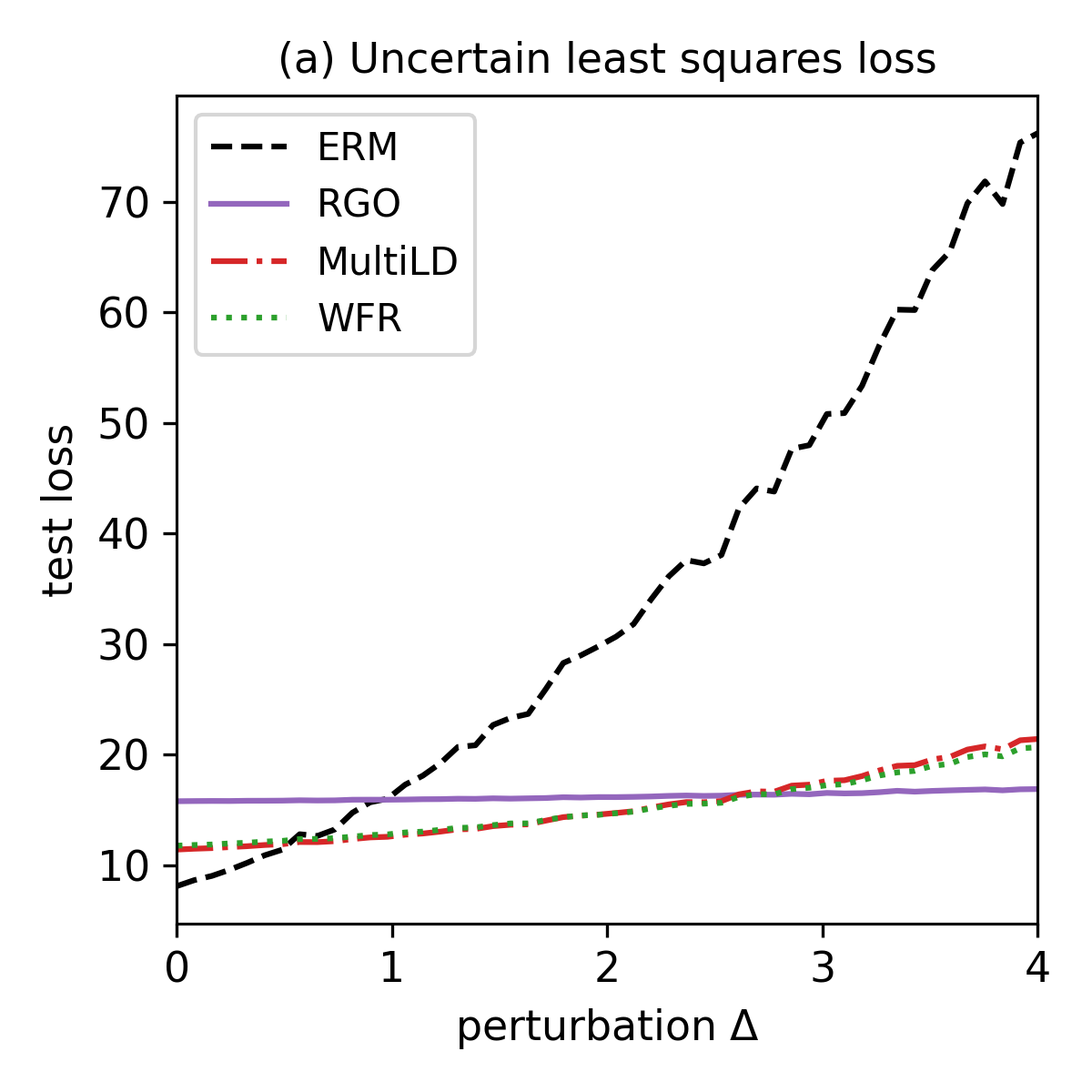
Repository: ZusenXu/GFS-DRO
Script's output: python uncertain_least_squares/uncertain_least_squares.py
The author's editor kept a copy of each file at every save. The script's output is drawn from the files as they stood at one save, then again after the next save.
The pictures are shown at 91% of full size.
Random numbers start from a fixed seed.

Above is the script's output before, as saved 2025-09-13 20:48:22.

### uncertain_least_squares/uncertain_least_squares.py
import numpy as np
import matplotlib.pyplot as plt
from scipy.optimize import minimize

# --- 1. 实验设置与参数定义 ---
# 定义问题的维度
DIM_M = 10  # 矩阵 A 的行数
DIM_N = 10  # 矩阵 A 的列数 (theta 的维度)

# 定义训练/测试样本数量
N_TRAIN_SAMPLES = 10
N_TEST_SAMPLES = 1000

# 定义分布偏移的扰动范围
DELTA_MIN = 0.0
DELTA_MAX = 4.0
DELTA_STEPS = 50

# --- DRO 算法超参数 ---
N_EPOCHS = 50 # 外部优化的迭代轮数
LEARNING_RATE = 0.01 # 外部优化 theta 的学习率
LAMBDA_VAL = 1.0 # 正则化参数 lambda
EPSILON = 0.1 # 熵正则化参数 epsilon
GRAD_CLIP_THRESHOLD = 10.0 # 梯度裁剪阈值，防止梯度爆炸

# RGO (算法2) 特定参数
RGO_SMOOTHNESS_L = 0.5 # 假设的损失函数平滑度 L (需满足 LAMBDA_VAL > L/2)

# MultiLD (算法3) 和 WFR (算法4) 特定参数
K_INNER_STEPS = 10  # 内部循环迭代次数 K
INNER_STEP_SIZE = 0.01 # 内部循环步长 eta

# WFR (算法4) 特定参数
M_PARTICLES = 5 # WFR 使用的粒子(样本)数量
WFR_WEIGHT_STEP_SIZE = 0.08 # WFR 权重更新步长 tau

# --- 2. 生成固定的问题实例 ---
np.random.seed(42)
A0 = np.random.randn(DIM_M, DIM_N)
A1 = np.random.randn(DIM_M, DIM_N)
b = np.random.randn(DIM_M)

# --- 3. 数据生成函数 ---
def generate_training_data(n_samples):
    return np.random.uniform(-0.5, 0.5, n_samples)

def generate_test_data(n_samples, delta):
    lower_bound = -0.5 * (1 + delta)
    upper_bound = 0.5 * (1 + delta)
    return np.random.uniform(lower_bound, upper_bound, n_samples)

# --- 4. 核心函数定义 ---
def loss_function(theta, z):
    """ 计算单个样本 z 的损失 f_theta(z) """
    A_z = A0 + z * A1
    residual = A_z @ theta - b
    return np.sum(residual**2)

def loss_grad_theta(theta, z):
    """ 计算损失函数关于 theta 的梯度 nabla_theta f_theta(z) """
    A_z = A0 + z * A1
    residual = A_z @ theta - b
    return 2 * A_z.T @ residual

# --- 5. ERM (经验风险最小化) 实现 ---
def erm_objective_function(theta, xi_samples):
    """ 计算 ERM 的目标函数值（平均损失）"""
    total_loss = np.mean([loss_function(theta, xi) for xi in xi_samples])
    return total_loss

def solve_erm(xi_train_samples):
    """ 使用优化器求解 ERM 问题 """
    initial_theta = np.zeros(DIM_N)
    result = minimize(
        erm_objective_function, initial_theta, args=(xi_train_samples,), method='BFGS')
    if not result.success:
        print("警告: ERM 优化过程可能未收敛。")
    return result.x

# --- 6. RGO (算法2) 实现 ---
def solve_rgo(xi_train_samples):
    """ 使用 RGO 算法求解 Sinkhorn DRO """
    theta = np.zeros(DIM_N)

    # f_{lambda, xi}(z) = -f_theta(z)/(lambda*epsilon) + ||z-xi||^2/epsilon
    def rgo_inner_objective(z, xi, current_theta):
        l = loss_function(current_theta, z)
        penalty = np.sum((z - xi)**2)
        return -l / (LAMBDA_VAL * EPSILON) + penalty / EPSILON

    for epoch in range(N_EPOCHS):
        grad_accumulator = np.zeros_like(theta)
        for xi in xi_train_samples:
            # Step 1: 找到 z*
            res = minimize(rgo_inner_objective, xi, args=(xi, theta), method='BFGS')
            z_star = res.x

            # Step 2: 拒绝采样
            accepted = False
            while not accepted:
                # 论文要求 lambda > L/2, 确保 2*lambda-L > 0
                variance = (LAMBDA_VAL * EPSILON) / (2 * LAMBDA_VAL - RGO_SMOOTHNESS_L)
                if variance <= 0:
                    print(f"警告: RGO中方差非正 ({variance})。请检查 RGO_SMOOTHNESS_L 和 LAMBDA_VAL。")
                    variance = 1e-6 # 设置一个小的正值以避免崩溃

                z_candidate = np.random.normal(z_star, np.sqrt(variance))

                f_val_candidate = rgo_inner_objective(z_candidate, xi, theta)
                f_val_star = rgo_inner_objective(z_star, xi, theta)

                # 计算接受概率
                log_accept_prob = -f_val_candidate + f_val_star - \
                                  ((np.sum((z_candidate - z_star)**2)) / (2*variance))

                if np.log(np.random.rand()) < log_accept_prob:
                    accepted_sample = z_candidate
                    accepted = True

            # 计算梯度并累加
            grad_accumulator += loss_grad_theta(theta, accepted_sample)

        # 更新 theta (应用梯度裁剪)
        avg_grad = grad_accumulator / len(xi_train_samples)
        grad_norm = np.linalg.norm(avg_grad)
        if grad_norm > GRAD_CLIP_THRESHOLD:
            avg_grad = avg_grad * GRAD_CLIP_THRESHOLD / grad_norm
        theta -= LEARNING_RATE * avg_grad

    return theta

# --- 7. Multi-Step Langevin Dynamics (算法3) 实现 ---
def solve_multi_ld(xi_train_samples):
    """ 使用 Multi-step Langevin Dynamics (MultiLD) 求解 Sinkhorn DRO """
    theta = np.zeros(DIM_N)

    # f_bar = f_theta(z) - lambda*||z-x||^2
    # grad_z f_bar = grad_z f_theta(z) - 2*lambda*(z-x)
    def f_bar_grad_z(z, xi, current_theta):
        # grad_z f_theta(z) = 2 * (A1*theta)^T * (A(z)*theta - b)
        A1_theta = A1 @ current_theta
        A_z_theta = (A0 + z * A1) @ current_theta
        grad_f = 2 * A1_theta.T @ (A_z_theta - b)
        return grad_f - 2 * LAMBDA_VAL * (z - xi)

    for _ in range(N_EPOCHS):
        grad_accumulator = np.zeros_like(theta)
        for xi in xi_train_samples:
            z_k = xi  # 初始化
            # 内部 K 步迭代
            for _ in range(K_INNER_STEPS):
                noise = np.random.normal(0, 1)
                grad = f_bar_grad_z(z_k, xi, theta)
                z_k += INNER_STEP_SIZE * grad + \
                       np.sqrt(2 * INNER_STEP_SIZE * LAMBDA_VAL * EPSILON) * noise

            # 使用生成的对抗样本计算梯度
            grad_accumulator += loss_grad_theta(theta, z_k)

        # 更新 theta (应用梯度裁剪)
        avg_grad = grad_accumulator / len(xi_train_samples)
        grad_norm = np.linalg.norm(avg_grad)
        if grad_norm > GRAD_CLIP_THRESHOLD:
            avg_grad = avg_grad * GRAD_CLIP_THRESHOLD / grad_norm
        theta -= LEARNING_RATE * avg_grad

    return theta

# --- 8. WFR Flow (算法4) 实现 ---
def solve_wfr(xi_train_samples):
    """ 使用 WFR Flow 求解 Sinkhorn DRO """
    theta = np.zeros(DIM_N)

    def f_bar(z, xi, current_theta):
         return loss_function(current_theta, z) - LAMBDA_VAL * np.sum((z-xi)**2)

    # f_bar 的梯度与 MultiLD 中相同
    def f_bar_grad_z(z, xi, current_theta):
        A1_theta = A1 @ current_theta
        A_z_theta = (A0 + z * A1) @ current_theta
        grad_f = 2 * A1_theta.T @ (A_z_theta - b)
        return grad_f - 2 * LAMBDA_VAL * (z - xi)

    for _ in range(N_EPOCHS):
        grad_accumulator = np.zeros_like(theta)
        for xi in xi_train_samples:
            # 初始化 m 个粒子和权重
            particles = np.full(M_PARTICLES, xi)
            weights = np.full(M_PARTICLES, 1.0 / M_PARTICLES)

            # 内部 K 步迭代
            for _ in range(K_INNER_STEPS):
                for i in range(M_PARTICLES):
                    # 更新粒子位置
                    noise = np.random.normal(0, 1)
                    grad = f_bar_grad_z(particles[i], xi, theta)
                    particles[i] += INNER_STEP_SIZE * grad + \
                                    np.sqrt(2 * INNER_STEP_SIZE * LAMBDA_VAL * EPSILON) * noise

                    # 更新权重
                    f_bar_val = f_bar(particles[i], xi, theta)
                    weights[i] = (weights[i]**(1 - LAMBDA_VAL * EPSILON * WFR_WEIGHT_STEP_SIZE)) * \
                                 np.exp(WFR_WEIGHT_STEP_SIZE * f_bar_val)

                # 归一化权重 (增加一个小的 epsilon 防止除以零)
                sum_weights = np.sum(weights)
                if sum_weights > 1e-8:
                    weights /= sum_weights
                else:
                    weights = np.full(M_PARTICLES, 1.0 / M_PARTICLES)

            # 使用加权梯度
            weighted_grad = np.sum([w * loss_grad_theta(theta, z) for w, z in zip(weights, particles)], axis=0)
            grad_accumulator += weighted_grad

        # 更新 theta (应用梯度裁剪)
        avg_grad = grad_accumulator / len(xi_train_samples)
        grad_norm = np.linalg.norm(avg_grad)
        if grad_norm > GRAD_CLIP_THRESHOLD:
            avg_grad = avg_grad * GRAD_CLIP_THRESHOLD / grad_norm
        theta -= LEARNING_RATE * avg_grad

    return theta

# --- 9. 实验执行与评估 ---
def run_experiment():
    """ 执行完整的实验流程 """
    xi_train = generate_training_data(N_TRAIN_SAMPLES)

    print("正在求解 ERM 模型...")
    theta_erm = solve_erm(xi_train)
    print("正在求解 RGO 模型...")
    theta_rgo = solve_rgo(xi_train)
    print("正在求解 MultiLD 模型...")
    theta_multi_ld = solve_multi_ld(xi_train)
    print("正在求解 WFR 模型...")
    theta_wfr = solve_wfr(xi_train)
    print("所有模型求解完成。")

    delta_values = np.linspace(DELTA_MIN, DELTA_MAX, DELTA_STEPS)
    results = {'ERM': [], 'RGO': [], 'MultiLD': [], 'WFR': []}
    models = {'ERM': theta_erm, 'RGO': theta_rgo, 'MultiLD': theta_multi_ld, 'WFR': theta_wfr}

    print("正在评估所有模型...")
    for delta in delta_values:
        xi_test = generate_test_data(N_TEST_SAMPLES, delta)
        for name, theta in models.items():
            test_loss = erm_objective_function(theta, xi_test)
            results[name].append(test_loss)

    print("评估完成。")
    return delta_values, results

# --- 10. 结果可视化 ---
def plot_results(delta_values, results):
    """ 绘制所有模型损失随扰动 delta 变化的曲线 """
    fig, ax = plt.subplots(figsize=(4, 4), dpi=300)

    styles = {
        'ERM': {'color': 'k', 'linestyle': '--', 'label': 'ERM'},
        'RGO': {'color': '#9467bd', 'linestyle': '-', 'label': 'RGO'}, # purple
        'MultiLD': {'color': '#d62728', 'linestyle': '-.', 'label': 'MultiLD'}, # red
        'WFR': {'color': '#2ca02c', 'linestyle': ':', 'label': 'WFR'}, # green
    }

    for name, losses in results.items():
        ax.plot(delta_values, losses, linewidth=1.5, **styles[name])

    ax.set_title('(a) Uncertain least squares loss', fontsize=11)
    ax.set_xlabel('perturbation $\Delta$', fontsize=11)
    ax.set_ylabel('test loss', fontsize=11)
    ax.tick_params(axis='both', which='major', labelsize=11)
    for spine in ax.spines.values():
        spine.set_linewidth(0.75)
    ax.set_xlim(0, 4)
    ax.grid(False)
    ax.legend(fontsize=10)
    plt.tight_layout()
    plt.savefig('uncertain_least_squares_results.png', dpi=300)
    plt.show()

# --- 主程序入口 ---
if __name__ == '__main__':
    # 捕获并忽略浮点数警告，因为梯度裁剪会处理这些问题
    with np.errstate(all='ignore'):
        delta_vals, all_results = run_experiment()
        plot_results(delta_vals, all_results)

After the next save:
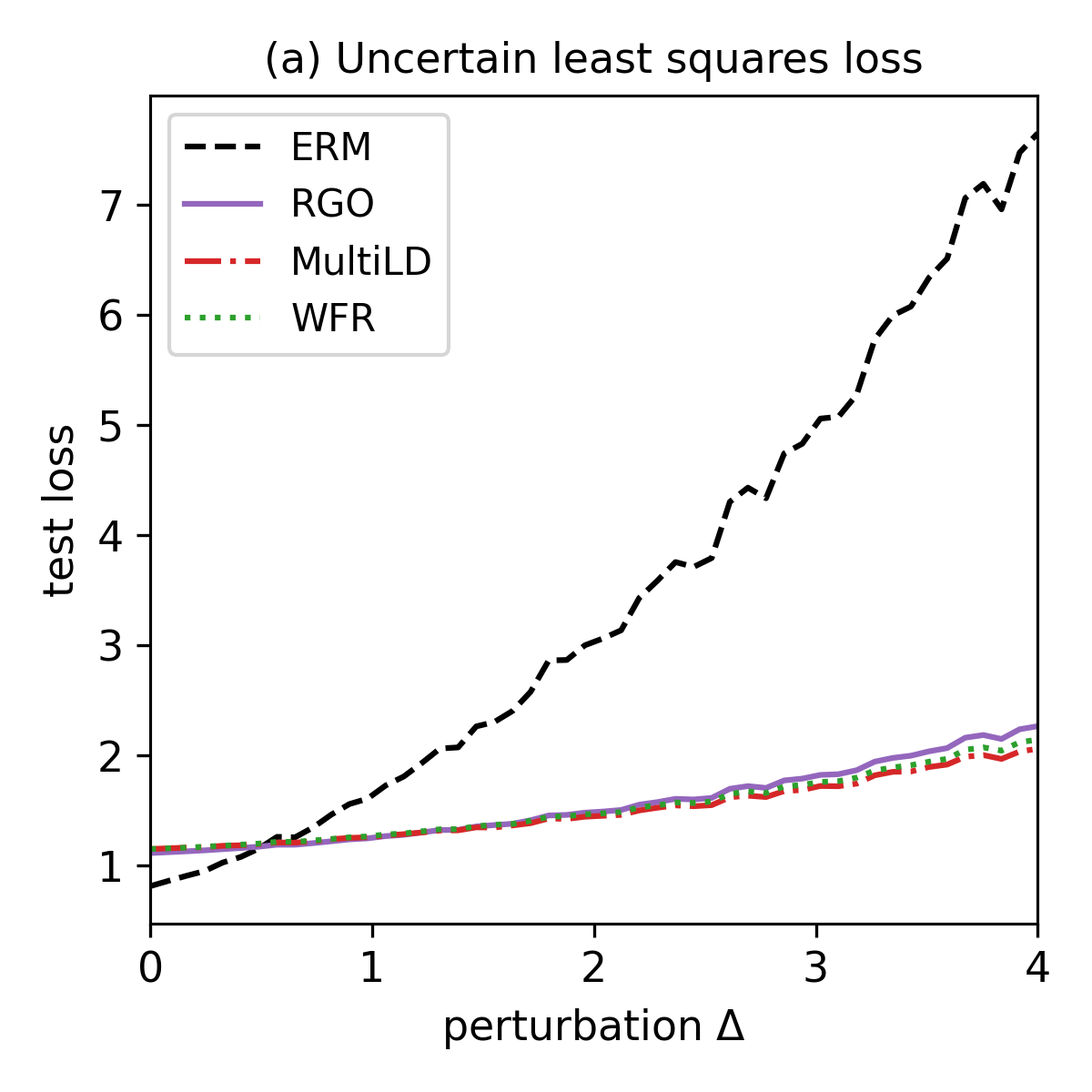
Saved 2 min 34 s later.
--- a/uncertain_least_squares/uncertain_least_squares.py
+++ b/uncertain_least_squares/uncertain_least_squares.py
@@ -54,7 +54,7 @@ def loss_function(theta, z):
     """ 计算单个样本 z 的损失 f_theta(z) """
     A_z = A0 + z * A1
     residual = A_z @ theta - b
-    return np.sum(residual**2)
+    return np.sum(residual**2)/N_TRAIN_SAMPLES
 
 def loss_grad_theta(theta, z):
     """ 计算损失函数关于 theta 的梯度 nabla_theta f_theta(z) """
